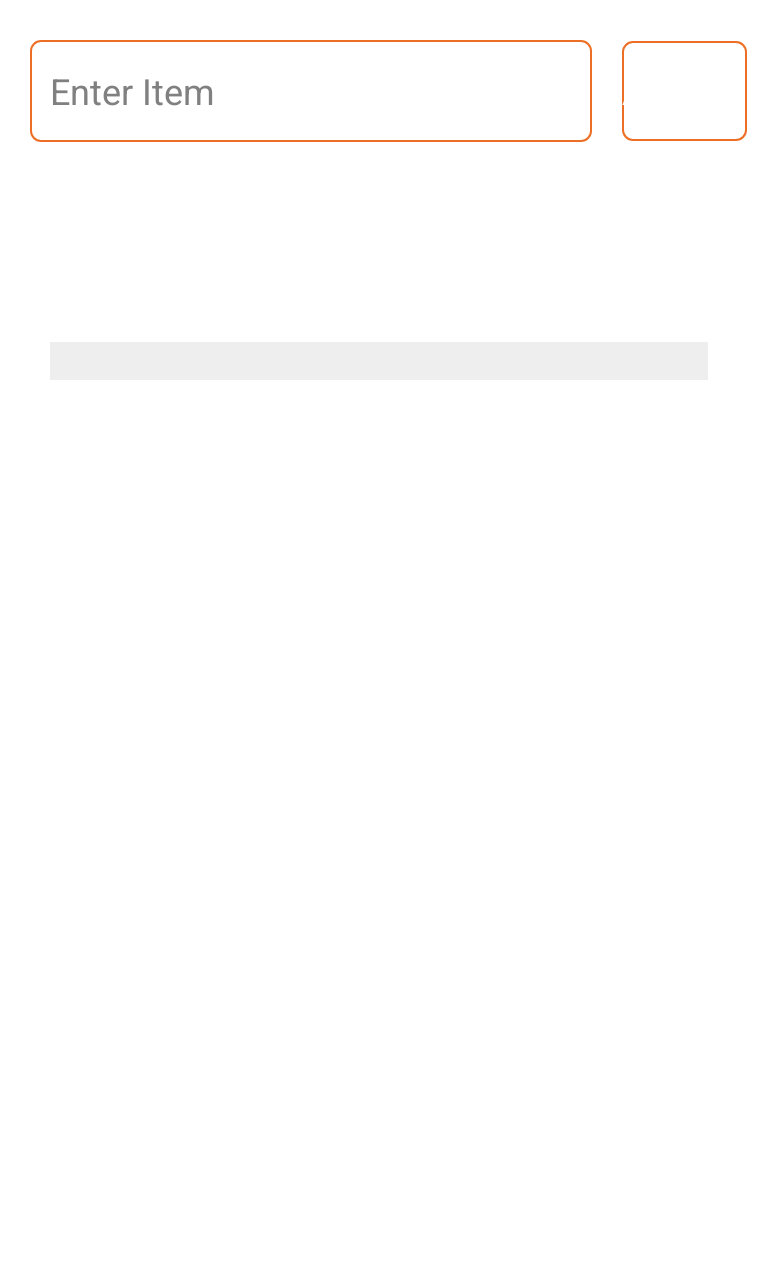
Repository: ianDervan/FYP_ShopSmart
Layout: FYP/ShopSmart/res/layout/activity_shopping_list.xml
These files come from the project's save history. The layout is drawn as it stood at one moment and after the next save; the edit follows.
It is drawn on a 768 x 1280 px phone screen (xhdpi) without system bars, with theme AppTheme; the app's code is not run.

Above is the layout before, as saved 2015-01-16 20:56:29.

After the next save:
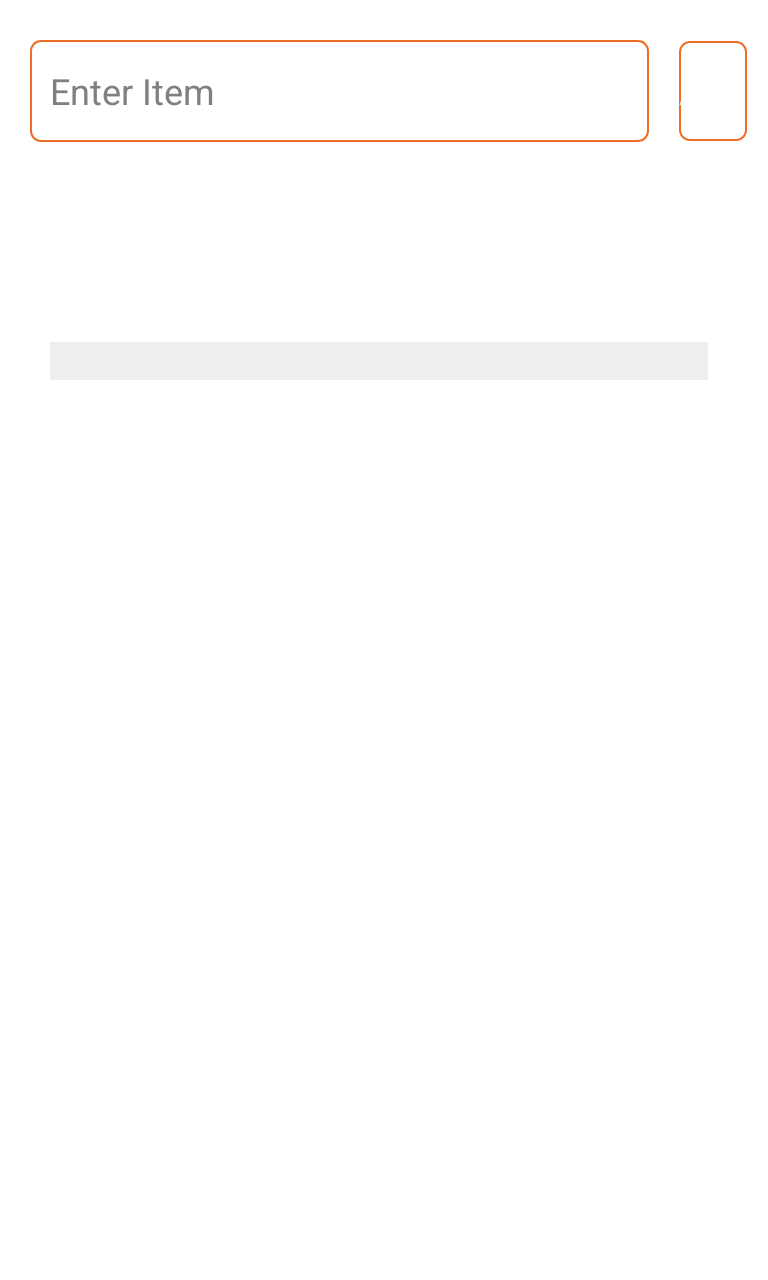
Saved 18 s later.
--- a/FYP/ShopSmart/res/layout/activity_shopping_list.xml
+++ b/FYP/ShopSmart/res/layout/activity_shopping_list.xml
@@ -26,7 +26,7 @@
             android:id="@+id/quantity"
             android:layout_width="0dp"
             android:layout_height="50dp"
-            android:layout_weight="0.2"
+            android:layout_weight="0.1"
             android:layout_marginLeft="15dp"
             android:layout_marginTop="10dp"
             android:background="@drawable/customeditext"
